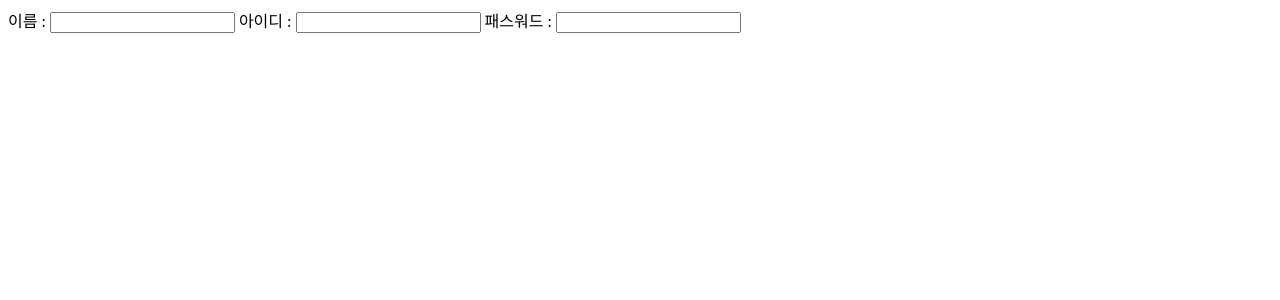
Repository: GitOnibi/jsp
Page: http://localhost/JSPprojec/ex04_signIn.jsp
The author's editor kept a copy of each file at every save. The page is drawn from the files as they stood at one save, then again after the next save.
The browser window is 1280 px wide. The pictures show the whole page.
The page is served by Tomcat 9. Nobody is signed in. The application's start-up code is not run.

Above is the page before, as saved 2019-01-02 11:00:32.

After the next save:
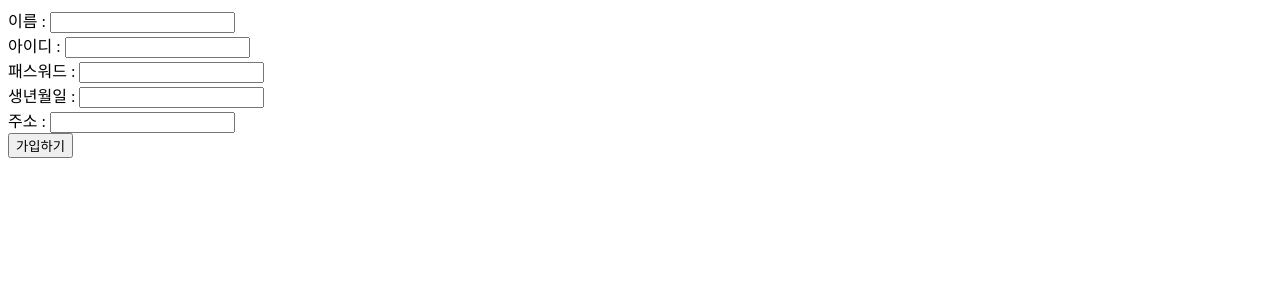
Saved 91 s later.
--- a/JSPprojec/WebContent/ex04_signIn.jsp
+++ b/JSPprojec/WebContent/ex04_signIn.jsp
@@ -8,10 +8,12 @@
 </head>
 <body>
 	<form action="ex04_sign_check.jsp" id="signInFrm" method="get">
-		이름 : <input type="text" name="userName" id="userName"/>
-		아이디 : <input type="text" namw="id" id="id" />
-		패스워드 : <input type="text" namw="pw" id="pw"/>
-
+		이름 : <input type="text" name="userName" id="userName"/><br />
+		아이디 : <input type="text" namw="id" id="id" /><br />
+		패스워드 : <input type="text" namw="pw" id="pw"/><br />
+		생년월일 : <input type="text" namw="birth" id="birth"/><br />
+		주소 : <input type="text" namw="addr" id="addr"/><br />
+		<input type="submit" value="가입하기" />
 	</form>
 </body>
 </html>
